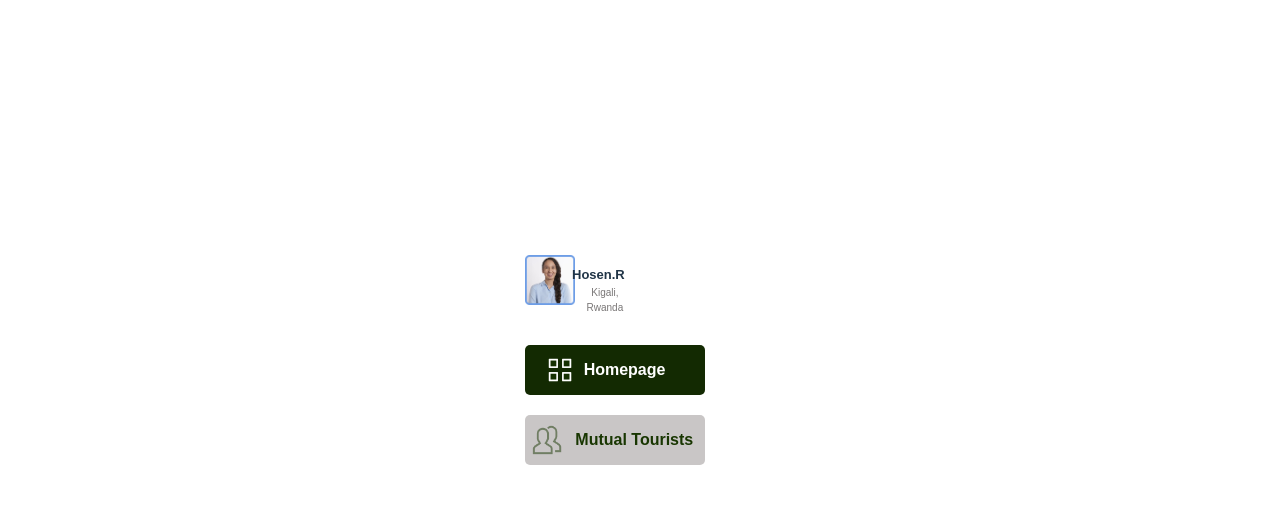
Repository: Auda-frontend/Kenshikeza
Page: /
These files come from the project's save history. The page is drawn as it stood at one moment and after a run of saves; the edit follows.
The browser window is 1280 px wide. The pictures show the whole page.
The project was rebuilt for these pictures with package versions that can differ from the ones it lists, and the page was loaded fresh each time. Also part of the build but not shown: vite.config.js.

Above is the page before, as saved 2024-01-25 10:01:06.

### src/App.jsx
import './App.css'
import SideBar from './Components/SideBar'

function App() {
  return (
    <div>
      <SideBar />
    </div>
  )
}

export default App

### src/Components/SideBar.jsx
import React from "react";
import Profile from "../assets/Rectangle 79.png";
import './SideBar.css';
import HomeIcon from "../assets/ep_menu.png";
import MutualTourists from "../assets/cil_group.png";

function SideBar() {
  return (
    <div className="container">
    <div className="leftSide">
<div className="profile">
      <img src={Profile} alt="Profile photo" className="profilePhoto" />
      <div className="desc">
      <h2 className="names">Hosen.R</h2>
      <p>Kigali, Rwanda</p>
      </div>
      </div>
      <div className="homepage">
        <img src={HomeIcon} alt="Menu icon" className="homeIcon" />
        <h2>Homepage</h2>
      </div>
      <div className="mutual">
        <img src={MutualTourists} alt="Menu icon" className="groupIcon" />
        <h2>Mutual Tourists</h2>
      </div>

    </div>
    </div>
  );
}

export default SideBar;

### src/Components/SideBar.css
*{
    margin: 0;
    padding: 0;
    box-sizing: border-box;
    font-family: sans-serif;
}
.container{
    padding: 0;
}
.leftSide{
    display: flex;
    max-width: 25%;
    max-height: 100%;
    flex-direction: column;
    gap: 30px;
    margin-left: -50px;
}
.leftSide .profilePhoto{
    float: left;
    width: 50px;
    height: 50px;
    /* margin-left: -50px; */
    margin-right: 10px;
}
.profile{
    display: flex;
    flex-direction: row;
}
.desc{
    display: table-column;
    align-items: center;
    padding-top: 10px;
    /* padding: 5px;
    background-color: aqua; */
}
.desc .names{
    font-size: small;
    margin-left: -13px;
}
.desc p{
    font-size: x-small;
    color: rgb(121, 118, 118)
}
.homepage{
background-color: #132A02;
width: 180px;
height: 50px;
display: flex;
align-items: center;
border-radius: 5px;
justify-content: space-around;
/* margin-left: -55px; */
}
.homepage .homeIcon{
    width: 30px;
    float: left;
    margin-left: -20px;
}
.homepage h2{
    color: white;
    font-size: medium;
    margin-left: -70px;
}
.mutual{
background-color: #c9c6c6;
width: 180px;
height: 50px;
display: flex;
align-items: center;
border-radius: 5px;
justify-content: space-around;
margin-top: -10px;
}
.mutual .groupIcon{
    width: 30px;
    float: left;
    margin-left: -5px;
}
.mutual h2{
    color: #183601;
    font-size: medium;
    margin-left: -10px;
}

Loaded but not shown: index.html (common file); src/main.jsx (common file); src/index.css (common file); src/App.css (common file)

After the next 2 saves:
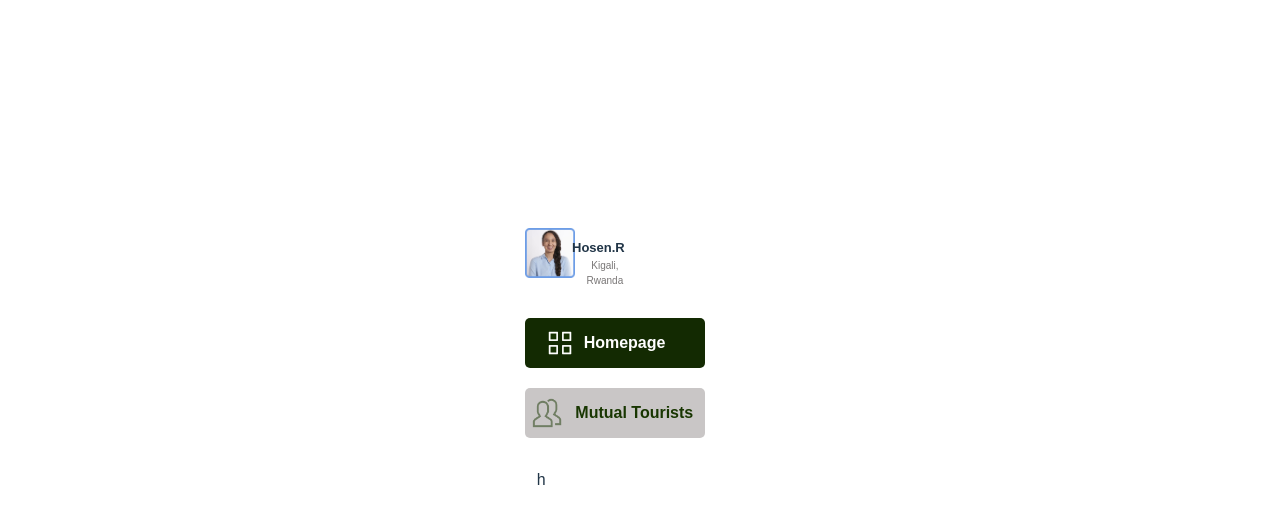
The 2 saves are shown as one change because they came seconds apart.
The last was saved 9 s later.
--- a/src/Components/SideBar.jsx
+++ b/src/Components/SideBar.jsx
@@ -23,7 +23,9 @@ function SideBar() {
         <img src={MutualTourists} alt="Menu icon" className="groupIcon" />
         <h2>Mutual Tourists</h2>
       </div>
-
+      <div className="services">
+        h
+      </div>
     </div>
     </div>
   );
